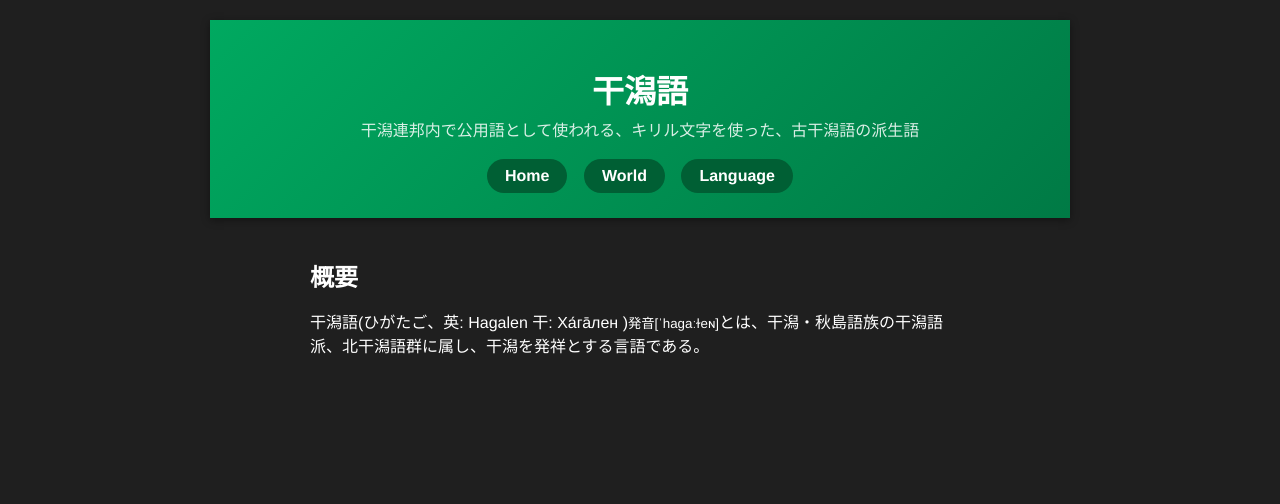
Repository: Player5270-antake/Player5270-antake.github.io
Page: language/hagalen/index.html
The author's editor kept a copy of each file at every save. The page is drawn from the files as they stood at one save, then again after the next save.
The browser window is 1280 px wide. The pictures show the whole page.

Above is the page before, as saved 2026-03-08 12:43:55.

After the next save:
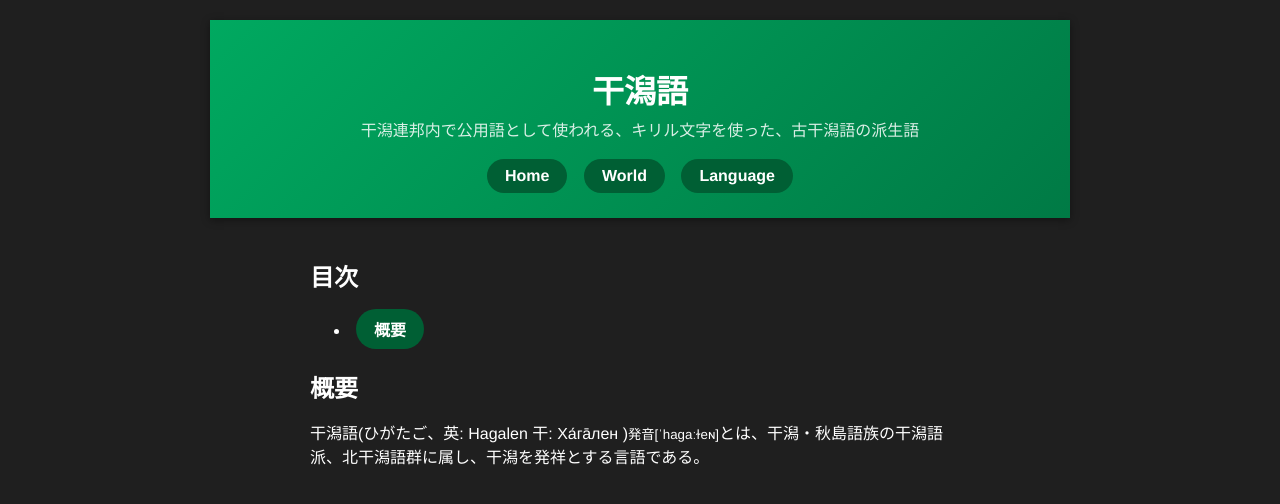
Saved 4 min 44 s later.
--- a/language/hagalen/index.html
+++ b/language/hagalen/index.html
@@ -19,7 +19,10 @@
         </header>
         <main>
             <nav>
-
+                <h2>目次</h2>
+                <ul>
+                    <li><a href="#overview">概要</a></li>
+                </ul>
             </nav>
             <section class="overview">
                 <h2>概要</h2>
